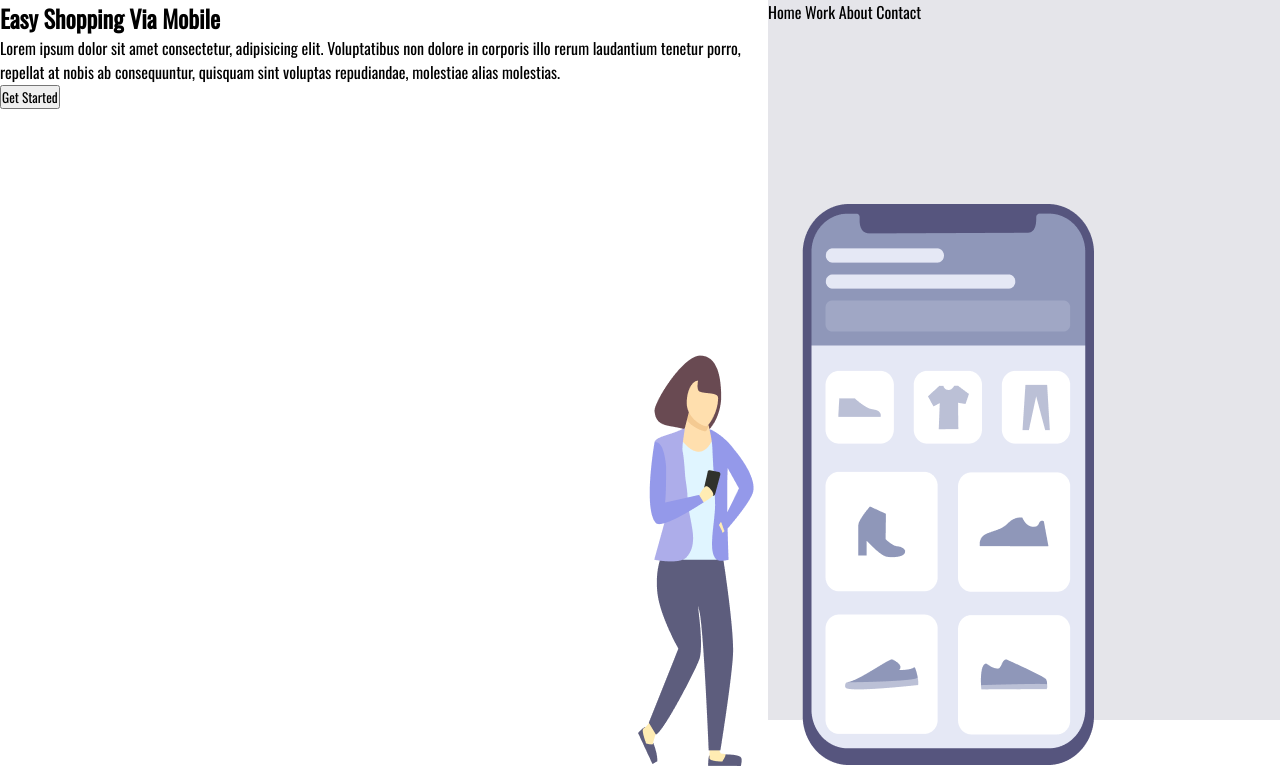
Repository: DihOliver/Projeto-Responsivo
Page: index.html
These files come from the project's save history. The page is drawn as it stood at one moment and after the next save; the edit follows.
The browser window is 1280 px wide. The pictures show the whole page.
Some web fonts or font styles are not loaded; a fallback is used.

Above is the page before, as saved 2023-06-06 22:03:30.

After the next save:
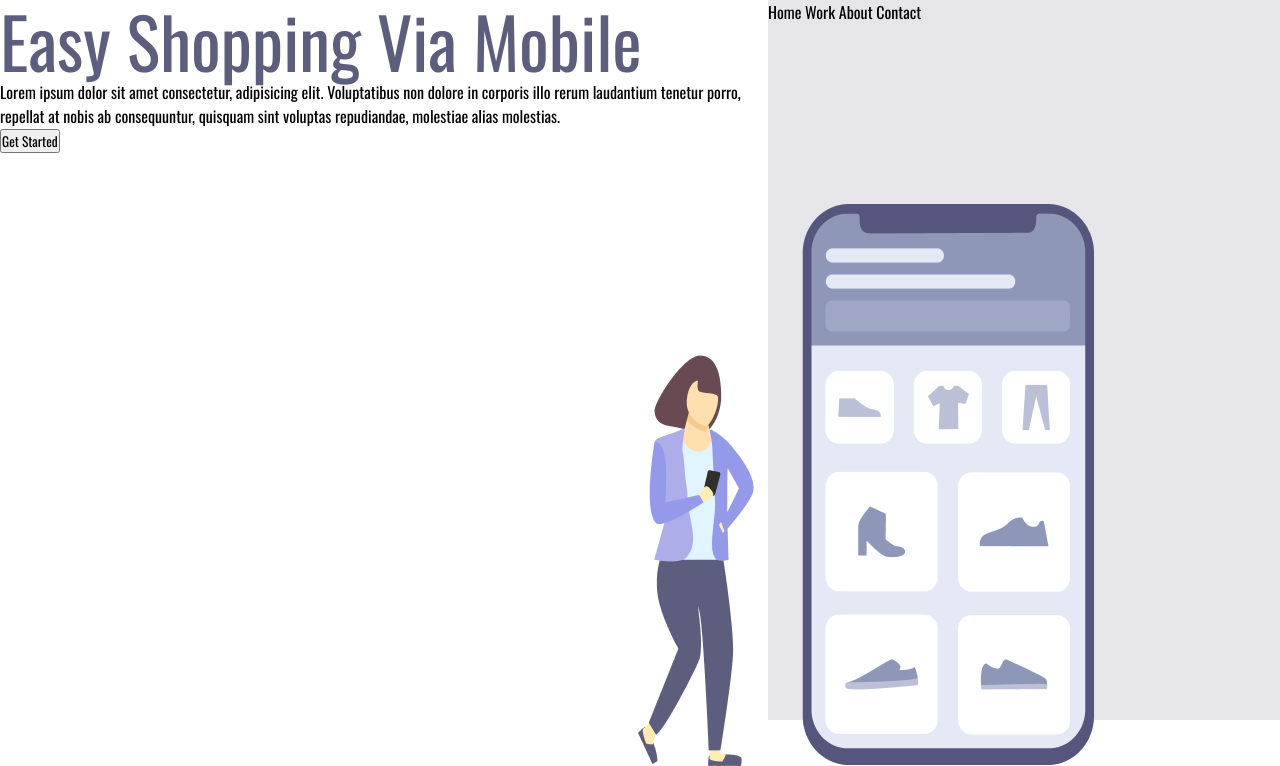
Saved 4 min 54 s later.
--- a/styles.css
+++ b/styles.css
@@ -30,4 +30,10 @@ img {
     top: 25%;
     right: 130px;
 }
+
+h1 {
+    font-weight: 400;
+    font-size: 70px;
+    line-height: 80px;
+    color: #5D5D7D;
 }
